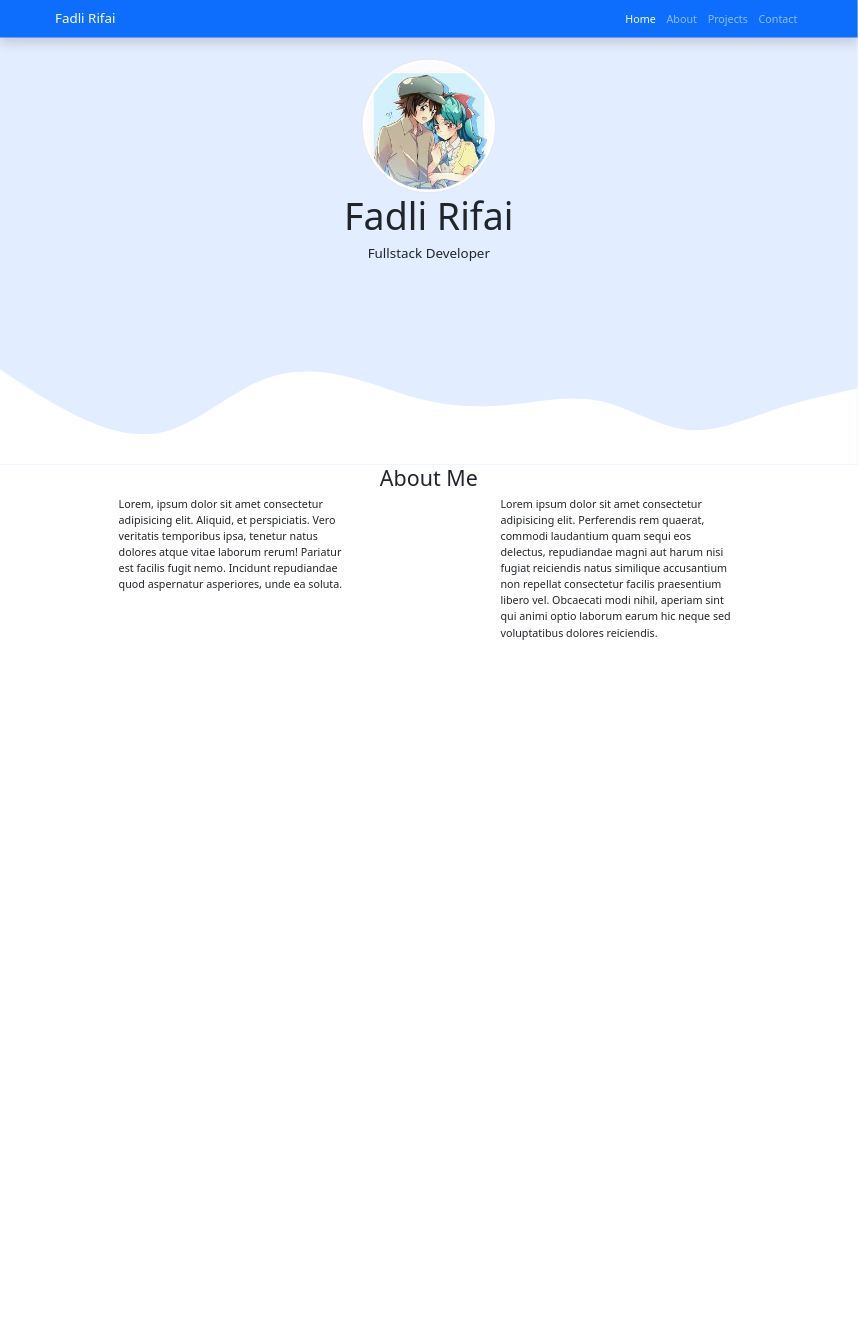
Repository: fadlyyy/fadli-dev.github.io
Page: index.html
The author's editor kept a copy of each file at every save. The page is drawn from the files as they stood at one save, then again after the next save.
The browser window is 1280 px wide. The pictures show the whole page, at 67% of full size.

Above is the page before, as saved 2024-01-19 10:30:28.

After the next save:
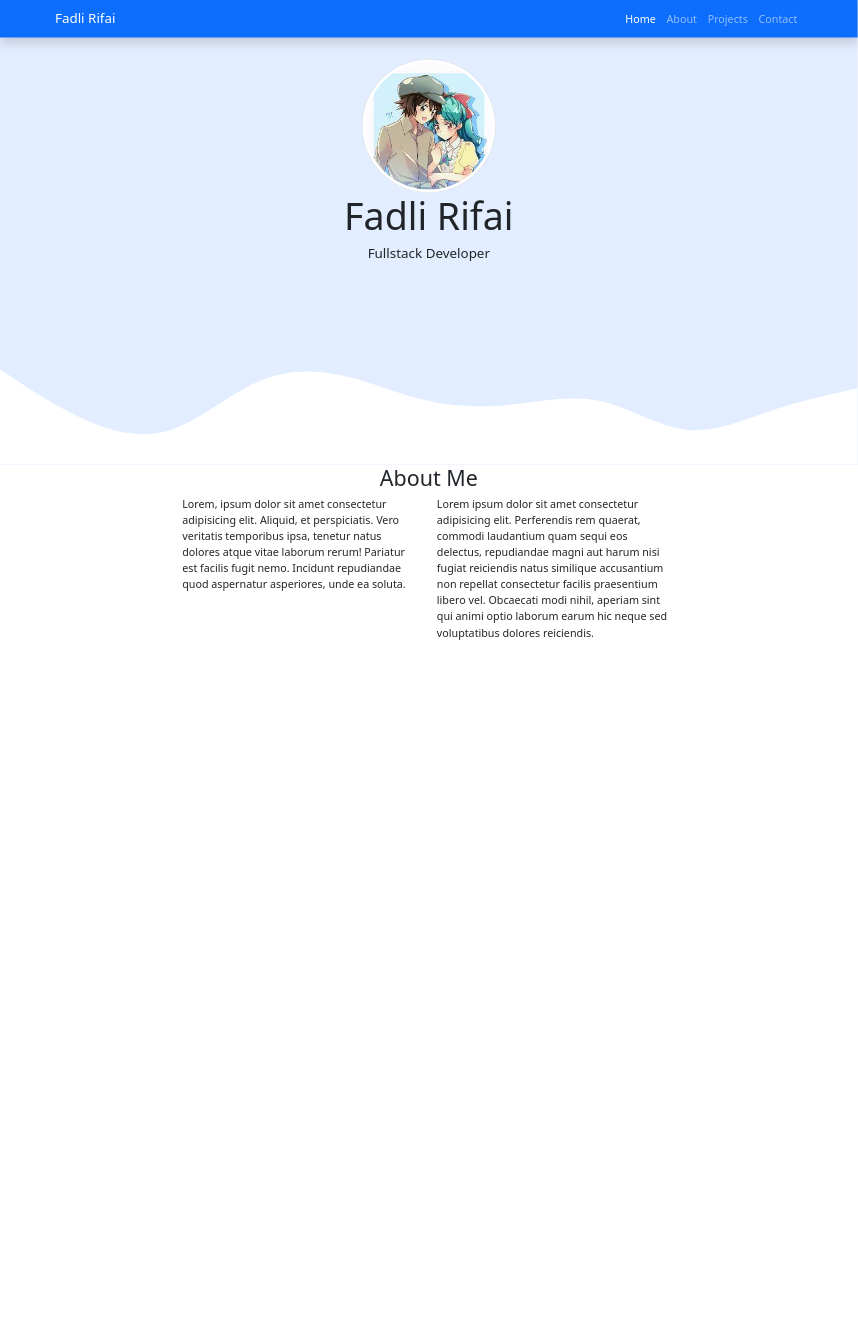
Saved 6 s later.
--- a/index.html
+++ b/index.html
@@ -58,7 +58,7 @@
             <h2>About Me</h2>
           </div>
         </div>
-        <div class="row justify-content-around">
+        <div class="row justify-content-center">
           <div class="col-4">
             <p>
               Lorem, ipsum dolor sit amet consectetur adipisicing elit. Aliquid, et perspiciatis. Vero veritatis temporibus ipsa, tenetur natus dolores atque vitae laborum rerum! Pariatur est facilis fugit nemo. Incidunt repudiandae quod
